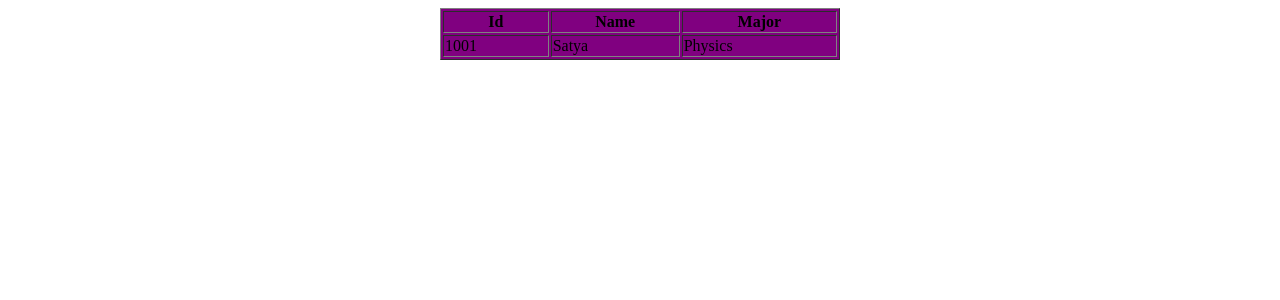
Repository: 1919satya/Mode2
Page: sample/sample/WebContent/table.html
These files come from the project's save history. The page is drawn as it stood at one moment and after the next save; the edit follows.
The browser window is 1280 px wide. The pictures show the whole page.

Above is the page before, as saved 2019-10-10 12:48:22.

After the next save:
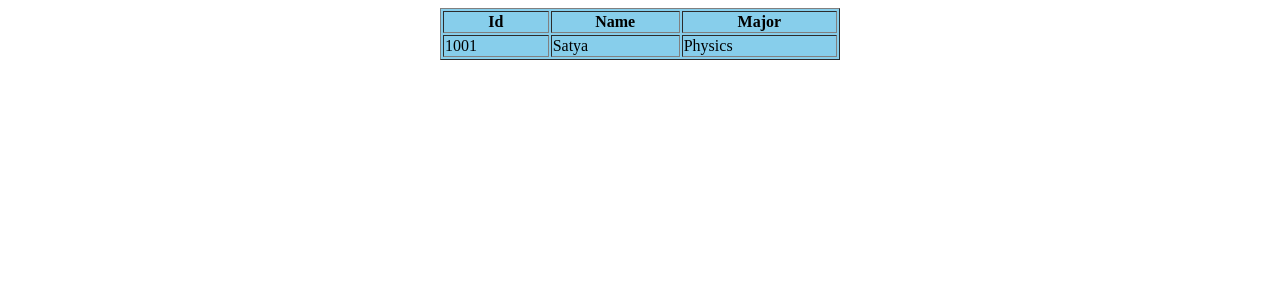
Saved 27 s later.
--- a/sample/sample/WebContent/table.html
+++ b/sample/sample/WebContent/table.html
@@ -6,7 +6,7 @@
 </head>
 <body>
 <form action="">
- <table border="1" align="center" width="400" bgcolor="purple">
+ <table border="1" align="center" width="400" bgcolor="skyblue">
 
  <tr>
 
